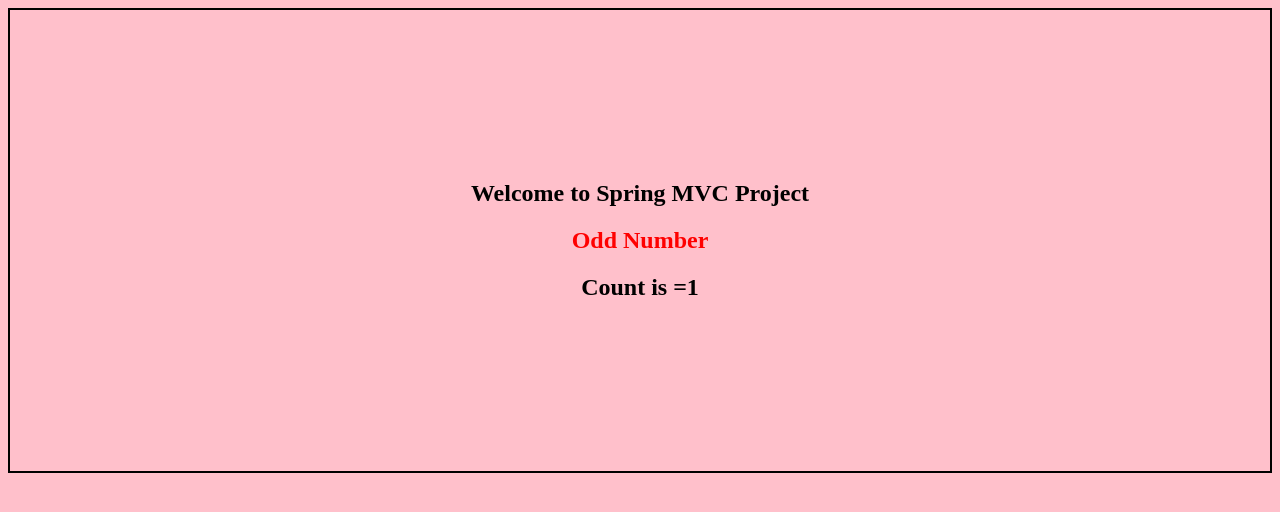
Repository: PragatiShinde16/SpringMVCDemo
Page: http://localhost/SpringMVCProject/views/login.jsp
An editor plug-in stored every save of this project. The page is shown before and after the next save, followed by the edit.
The browser window is 1280 px wide. The pictures show the whole page.
The page is served by Tomcat 9.

Above is the page before, as saved 2024-08-27 05:15:13.

After the next save:
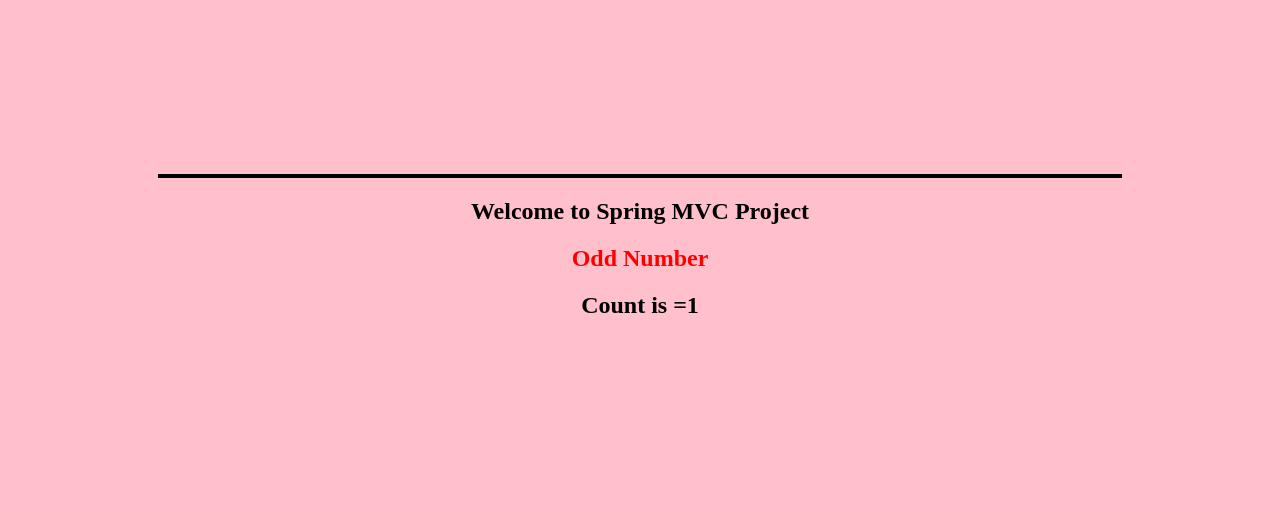
Saved 65 s later.
--- a/SpringMVCProject/src/main/webapp/views/login.jsp
+++ b/SpringMVCProject/src/main/webapp/views/login.jsp
@@ -6,7 +6,8 @@
 <meta charset="ISO-8859-1">
 <title>Insert title here</title>
 </head>
-<body style="border: 2px solid black; text-align: center; padding:150px; background-color:pink;">
+<body style="text-align: center; padding:150px; background-color:pink;">
+	<p style="border: 2px solid black;">
 	<h2>Welcome to Spring MVC Project</h2>
 
 	<%!
@@ -29,6 +30,6 @@
 
 	<h2>Count is =<%=
 		cnt
-	%></h2>
+	%></h2></p>
 </body>
 </html>
